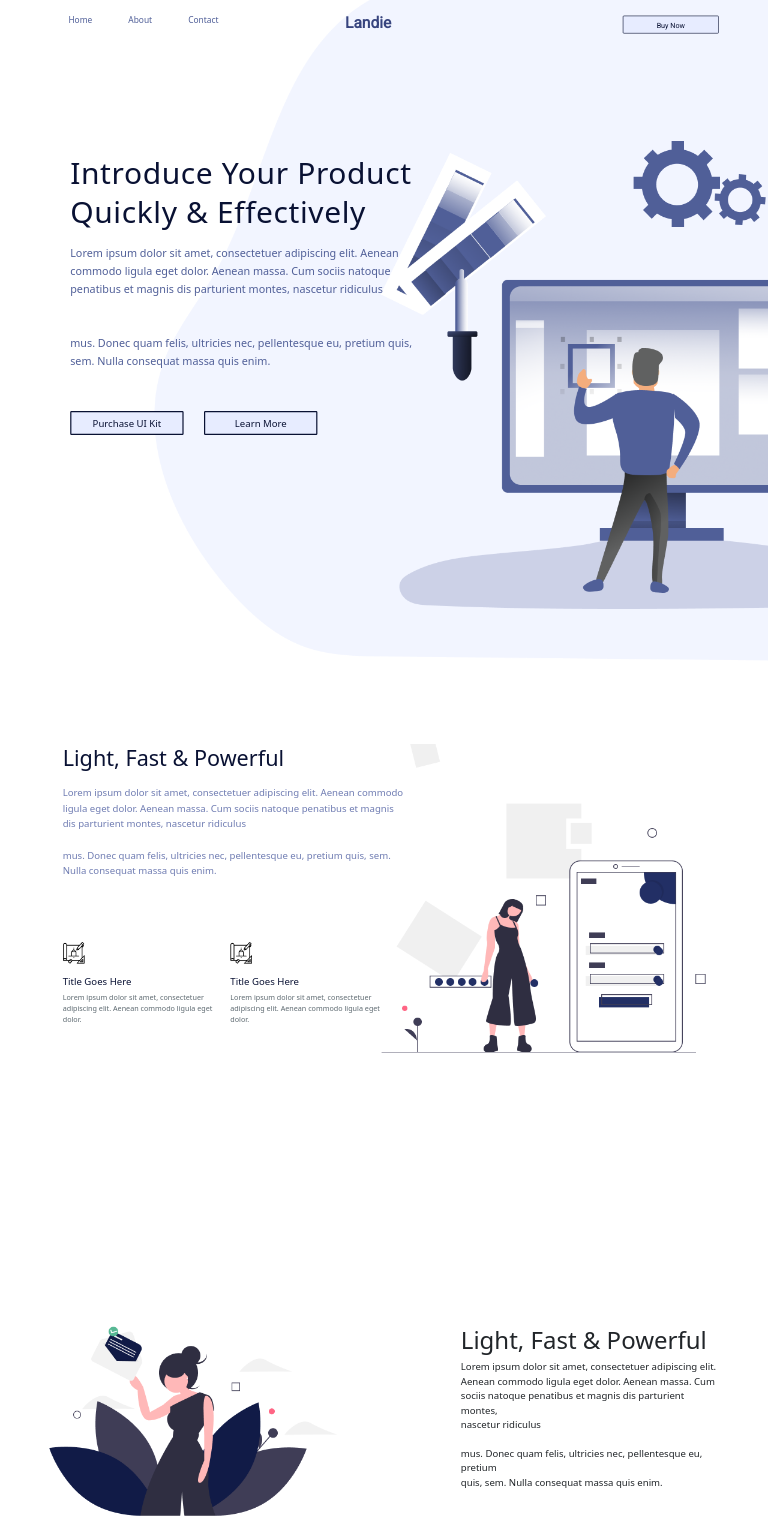
Repository: batonAnton/HW-Lec12-sass-pug
Page: index.html
The author's editor kept a copy of each file at every save. The page is drawn from the files as they stood at one save, then again after the next save.
The browser window is 1280 px wide. The pictures show the whole page, at 60% of full size.
The style sheet was rebuilt from its Sass, Less or Tailwind sources for each picture, by a compiler version that may differ from the author's.

Above is the page before, as saved 2022-07-29 17:13:56.

### index.html
<!DOCTYPE html>
<html lang="en">
<head>
    <meta charset="UTF-8">
    <meta http-equiv="X-UA-Compatible" content="IE=edge">
    <meta name="viewport" content="width=device-width, initial-scale=1.0">
    <title>HW12 Saas</title>
    <link rel="preconnect" href="https://fonts.googleapis.com">
    <link rel="preconnect" href="https://fonts.gstatic.com" crossorigin>
    <link href="https://fonts.googleapis.com/css2?family=Roboto&display=swap" rel="stylesheet">
    <link href="https://cdn.jsdelivr.net/npm/bootstrap@5.2.0/dist/css/bootstrap.min.css" rel="stylesheet" integrity="sha384-gH2yIJqKdNHPEq0n4Mqa/HGKIhSkIHeL5AyhkYV8i59U5AR6csBvApHHNl/vI1Bx" crossorigin="anonymous">
    <link rel="stylesheet" href="css/style.css">
</head>
<body>
    <header>
        <div class="container">
            <div class="wrapper">
                <nav>
                    <div class="navigation">
                        <ul>
                            <li>
                                <a href="">home</a>
                            </li>
                            <li>
                                <a href="">about</a>
                            </li>
                            <li>
                                <a href="">contact</a>
                            </li>
                        </ul>
                        <div class="logo">
                            <h1>Landie</h1>
                        </div>
                        <div class="button">
                            <button type="button" class="btn btn-menu btn-primary">Buy now</button>
                        </div>
                    </div>
                </nav>

                <div class="leftBlock">
                    <h1>Introduce Your Product <br class="hideBR">
                        Quickly & Effectively
                    </h1>

                    <p>
                        Lorem ipsum dolor sit amet, consectetuer adipiscing elit. Aenean <br class="hideBR"> commodo ligula eget dolor. Aenean massa. Cum sociis natoque <br class="hideBR"> penatibus et magnis dis parturient montes, nascetur ridiculus <br class="hideBR">
                        <br> <br>
                        mus. Donec quam felis, ultricies nec, pellentesque eu, pretium quis, <br class="hideBR"> sem. Nulla consequat massa quis enim.
                    </p>

                    <div class="btn-header">
                        <button type="button" class="btn btn-menu btn-primary">Purchase UI Kit</button>
                        <button type="button" class="btn btn-menu btn-primary">Learn More</button>
                    </div>
                </div>
            </div>
        </div>
    </header>

    <section>
        <div class="container">
            <h1>Light, Fast & Powerful</h1>
            <p>
                Lorem ipsum dolor sit amet, consectetuer adipiscing elit. Aenean commodo <br class="hideBr"> ligula eget dolor. Aenean massa. Cum sociis natoque penatibus et magnis <br class="hideBr"> dis parturient montes, nascetur ridiculus
                <br> <br>
                mus. Donec quam felis, ultricies nec, pellentesque eu, pretium quis, sem. <br class="hideBr"> Nulla consequat massa quis enim.
            </p>

            <div class="smallInfo">
                <div class="block">
                    <img src="./image/section1/Combined Shape.jpg" alt="img">
                    <h2>Title Goes Here</h2>
                    <p>Lorem ipsum dolor sit amet, consectetuer <br class="hideBr"> adipiscing elit. Aenean commodo ligula eget <br class="hideBr">  dolor. </p>
                </div>

                <div class="block">
                    <img src="./image/section1/Combined Shape.jpg" alt="img">
                    <h2>Title Goes Here</h2>
                    <p>Lorem ipsum dolor sit amet, consectetuer <br class="hideBr"> adipiscing elit. Aenean commodo ligula eget <br class="hideBr">  dolor. </p>
                </div>
            </div>
        </div>
    </section>

    <aside>
        <div class="container">
            <div class="rowAside">
                <div class="img-left">
                    <img src="./image/aside/img1.png" alt="img" >
                </div>
                <div class="rightInfo">
                    <h1>Light, Fast & Powerful</h1>
                    <p>
                        Lorem ipsum dolor sit amet, consectetuer adipiscing elit. <br class="hideBr"> Aenean commodo ligula eget dolor. Aenean massa. Cum <br class="hideBr"> sociis natoque penatibus et magnis dis parturient montes, <br class="hideBr"> nascetur ridiculus
                        <br> <br>
                        mus. Donec quam felis, ultricies nec, pellentesque eu, pretium <br class="hideBr"> quis, sem. Nulla consequat massa quis enim.
                    </p>
                </div>
            </div>
        </div>
    </aside>
</body>
</html>

### css/style.scss
$primary-color: #091133;
$primaryFontStyle: Roboto;

@mixin generalStyleMenu(
  $sizeMenu: 14px,
  $lineHeight: 24px,
  $font-color: #505f98
) {
  font-size: $sizeMenu;
  line-height: $lineHeight;
  color: $font-color;
}

body {
  box-sizing: border-box;
}

header {
  width: 100%;
  height: 1160px;
  background-image: url(../image/header/header-bg.png);
  background-position: 100% -20%;
  background-repeat: no-repeat;

  .navigation {
    display: flex;
    justify-content: space-between;
    padding-top: 18px;
    align-items: center;

    ul {
      display: inline-flex;
      li {
        margin-right: 60px;
        list-style: none;
        a {
          text-decoration: none;
          text-transform: capitalize;
          @include generalStyleMenu;
        }
      }
    }
    .logo {
      display: flex;
      justify-content: center;
      margin-left: -235px;
      h1 {
        font-family: $primaryFontStyle;
        font-style: normal;
        font-weight: 900;
        font-size: 26px;
        line-height: 38px;
        color: #37447e;
      }
    }
     .btn-primary{
      font-family: 'Roboto';
      font-style: normal;
      font-weight: 500;
      font-size: 12px;
      line-height: 18px;
      text-transform: capitalize;
      color: #091133;
        background: #E7ECFF;
      border-radius: 2px;
      width: 160px;
      height: 30px;
      border: 1px solid #091133;

    }
    button:hover{
        background-color: #111B47;
        color: #FFFFFF;
        transition: 1s;
    }
  }
//   left-block header
  .leftBlock{
      margin-top: 190px;
      margin-left: 35px;
      h1{
        font-weight: 500;
        font-size: 50px;
        line-height: 66px;
        letter-spacing: 1px;
        color: #091133;
        margin-bottom: 20px;
      }
      p{
        font-style: normal;
        font-weight: 400;
        font-size: 18px;
        line-height: 30px;
        color: #505F98;
        margin-bottom: 69px;
      }

      .btn-primary{
        width: 189px;
        height: 40px;
        border: 2px solid #091133;
        border-radius: 2px;
        font-style: normal;
        font-weight: 500;
        font-size: 16px;
        line-height: 26px;
        color: #091133;
        background: #E7ECFF;
        margin-right: 30px;
      }
      button:hover{
          background-color: #111B47;
          color: #FFFFFF;
          transition: 1s;
      }
  }
}
// section

section{
    margin-top: 80px ;
    height: 740px;
    margin-left: 45px;
    margin-bottom: 230px;
    background-image: url(../image/section1/section-bg.png);
    background-position: 85% -5%;
    background-repeat: no-repeat;
    h1{
        // font-family: 'Roboto';
        font-style: normal;
        font-weight: 500;
        font-size: 36px;
        line-height: 48px;
        color: #091133;
        margin-bottom: 20px;
    }
    p{
        font-style: normal;
        font-weight: 400;
        font-size: 16px;
        line-height: 26px;
        color: #6F7CB2;
    }
    .smallInfo{
        margin-top: 90px;
        display: inline-flex;
        h2{
            font-style: normal;
            font-weight: 500;
            font-size: 16px;
            line-height: 26px;
            color: #091133;
            margin: 16px 0px 6px 0px;
        }
        p{
            font-weight: 400;
            font-size: 12px;
            line-height: 18px;
            color: #5D6970;
        }
        .block{
            margin-right: 30px;

        }
    }
}

aside{
    margin-left: 45px;
    margin-right: 45px;
    .rowAside{
        display: inline-flex;
        .img-left{
            margin-right:206px;
        }
    }
}

After the next save:
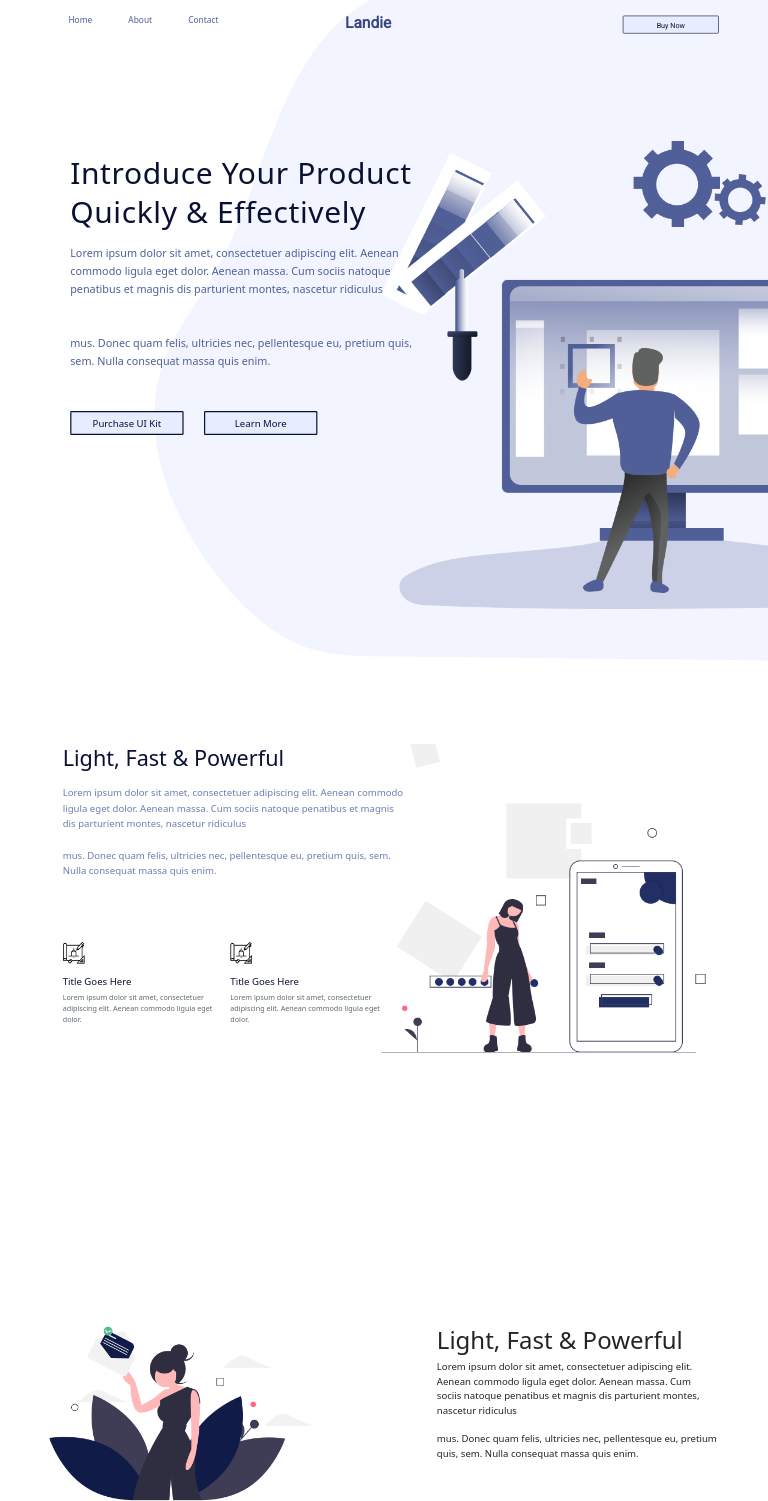
Saved 5 min 4 s later.
--- a/css/style.scss
+++ b/css/style.scss
@@ -172,6 +172,12 @@ aside{
         display: inline-flex;
         .img-left{
             margin-right:206px;
+            img{
+                width: 440px;
+            }
         }
     }
+    .middle{
+        margin: 230px 0;
+    }
 }
